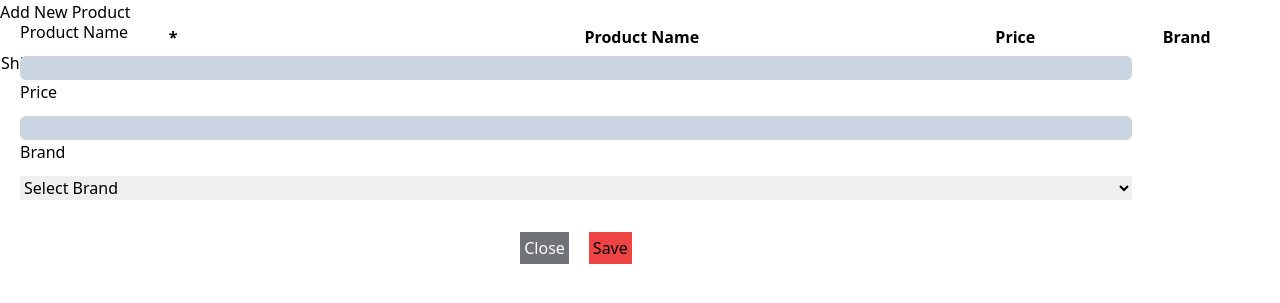
Repository: Semanmernstack/next-13-prisma-crud
Page: /product, after clicking the first element matching `button`
These files come from the project's save history. The page is drawn as it stood at one moment and after the next save; the edit follows.
The browser window is 1280 px wide. The pictures show the whole page.
The project was rebuilt for these pictures with package versions that can differ from the ones it lists, and the page was loaded fresh each time. The framework's server and built-in components were replaced by stand-ins that run in the browser. Also part of the build but not shown: next.config.js.

Above is the page before, as saved 2023-06-01 01:40:51.

### app/layout.tsx
import './globals.css'
import { Inter } from 'next/font/google'



export const metadata = {
  title: 'Create Next App',
  description: 'Generated by create next app',
}

export default function RootLayout({
  children,
}: {
  children: React.ReactNode
}) {
  return (
    <html lang="en">
      <body className="">{children}</body>
    </html>
  )
}

### app/product/page.tsx
import React from 'react'
import AddPrisma from '../components/AddPrisma'

function page() {
  return (
    <div>
        <AddPrisma/>
        <table className="table w-full items-center">
        <thead>
          <tr className="items-center">
            <th>*</th>
            <th>Product Name</th>
            <th>Price</th>
            <th>Brand</th>
          </tr>
        </thead>
        <tbody>

          <tr>
            <td>Shining Star</td>
            <td>Earth, Wind, and Fire</td>
            <td>1975</td>
            <td>777</td>
          </tr>
        </tbody>
      </table>



    </div>
  )
}

export default page

### app/components/AddPrisma.tsx
"use client"
import React, { useState } from 'react'

function AddPrisma() {
    const [product, setProduct] = useState("");
    const [price, setPrice] = useState("")
    const [brand, setBrand] = useState("")
    const [open, setOpen] = useState(false)


  return (
    <div className=' '>
        <button onClick={() => setOpen(true)}>Add New Product</button>
        {open ? (
            <div className="absolute justify-center items-center inset-0 ">
                <form className=" flex flex-col max-auto max-w-6xl    decoration-slate-400 p-5 z-50" >
                    <div className='flex flex-col space-y-3 w-full'>
                        <label>Product Name</label>
                        <input className='w-full bg-slate-300 rounded-md outline-none' type="text" value={product} onChange={(e) => setProduct(e.target.value)} />
                    </div>
                    <div className='flex flex-col space-y-3 w-full'>
                        <label >Price</label>
                        <input className='w-ful bg-slate-300 rounded-md outline-none' type="text" value={price} onChange={(e) => setPrice(e.target.value)} />
                    </div>
                    <div className='flex flex-col  space-y-3 w-full'  >
                        <label>Brand</label>
                        <select className="outline-none hover:bg-blue-100" value={brand} onChange={(e) => setBrand(e.target.value)} >
                            <option className='outline-none hover:bg-blue-400' value="" disabled> Select Brand </option>
                            <option className='hover:bg-blue-900' value="">Brand 2</option>
                        </select>
                    </div>
                    <div className='flex space-x-5 items-center justify-center mt-8'>
                        <button type="button" className='bg-zinc-500 p-1 text-white' onClick={() => setOpen(false)} >Close</button>
                        <button type="submit" className="bg-red-500 p-1"  >Save</button>
                    </div>



                </form>

            </div>
        ): (null)}

    </div>

  )
}

export default AddPrisma

Loaded but not shown: app/globals.css (common file); tailwind.config.js (common file)

After the next save:
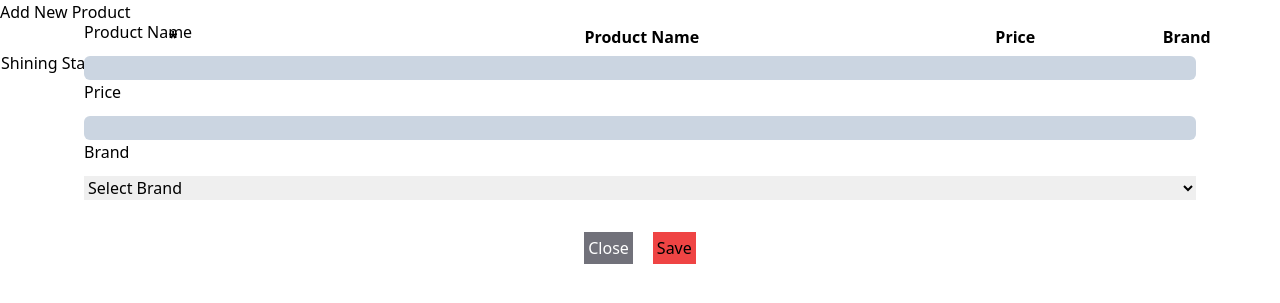
Saved 35 s later.
--- a/app/components/AddPrisma.tsx
+++ b/app/components/AddPrisma.tsx
@@ -13,7 +13,7 @@
         <button onClick={() => setOpen(true)}>Add New Product</button>
         {open ? (
             <div className="absolute justify-center items-center inset-0 ">
-                <form className=" flex flex-col max-auto max-w-6xl    decoration-slate-400 p-5 z-50" >
+                <form className=" flex flex-col mx-auto max-w-6xl    decoration-slate-400 p-5 z-50" >
                     <div className='flex flex-col space-y-3 w-full'>
                         <label>Product Name</label>
                         <input className='w-full bg-slate-300 rounded-md outline-none' type="text" value={product} onChange={(e) => setProduct(e.target.value)} />
